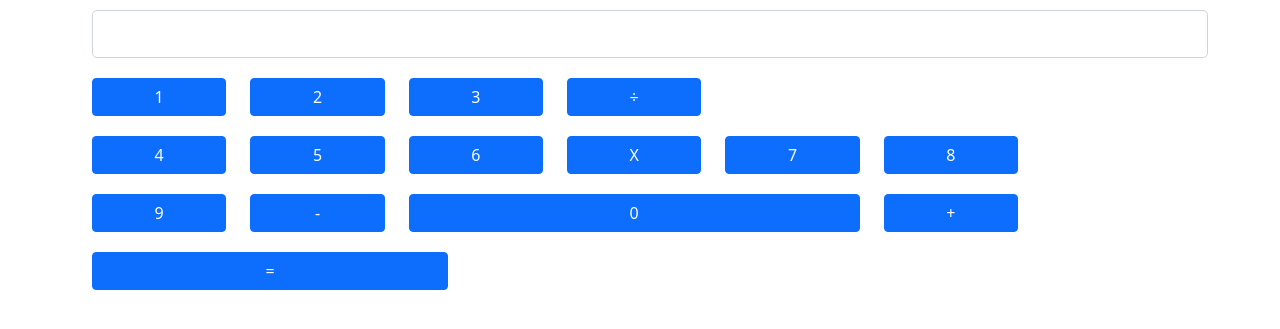
Repository: jsakdalan/CalculatorReactTypescript
Page: /
An editor plug-in stored every save of this project. The page is shown before and after the next save, followed by the edit.
The browser window is 1280 px wide. The pictures show the whole page.
The project was rebuilt for these pictures with package versions that can differ from the ones it lists, and the page was loaded fresh each time. Also part of the build but not shown: src/App.css.

Above is the page before, as saved 2022-06-07 16:21:33.

### src/App.tsx
import  Calculator from './pages/Calculator';
import './App.css';
import 'bootstrap/dist/css/bootstrap.min.css'

export default function App() {

  return(
    <Calculator/>
  )
}

### src/pages/Calculator.tsx
import React from 'react';
import Col from 'react-bootstrap/Col';
import Container from 'react-bootstrap/Container';
import Row from 'react-bootstrap/Row';
import Button from 'react-bootstrap/Button';
import InputGroup from 'react-bootstrap/InputGroup';
import FormControl from 'react-bootstrap/FormControl';
import './Calculator.css'

export default function TextEditor(){

    interface Screen{
        styling: string;
    }

    interface Buttons {
        styling: string;
        btnNumber: string;
    }

    const Screen = (props:Screen) => {
        return(
            <InputGroup size="lg" className={props.styling}>
                    <FormControl
      aria-label="Default"
      aria-describedby="inputGroup-sizing-default"
    />
            </InputGroup>
        )
    }

    const Buttons = (props:Buttons) => {
        return(
            <Button className={props.styling}>
                {props.btnNumber}
            </Button>
        )
    }

    return(
        <>
            <Container className="container">
                <Row>
                    <Col><Screen styling="screen"/></Col>
                </Row>
                <Row>
                    <Col md={10}>
                        <Row>
                            <Col md={2}><Buttons styling="numerical" btnNumber="1"/></Col>
                            <Col md={2}><Buttons styling="numerical" btnNumber="2"/></Col>
                            <Col md={2}><Buttons styling="numerical" btnNumber="3"/></Col>
                            <Col md={2}><Buttons styling="operational" btnNumber="&#247;"/></Col>
                        </Row>
                    </Col>
                    <Col md={10}>
                        <Row>
                            <Col md={2}><Buttons styling="numerical" btnNumber="4"/></Col>
                            <Col md={2}><Buttons styling="numerical" btnNumber="5"/></Col>
                            <Col md={2}><Buttons styling="numerical" btnNumber="6"/></Col>
                            <Col md={2}><Buttons styling="operational" btnNumber="X"/></Col>

                            <Col md={2}><Buttons styling="numerical" btnNumber="7"/></Col>
                            <Col md={2}><Buttons styling="numerical" btnNumber="8"/></Col>
                            <Col md={2}><Buttons styling="numerical" btnNumber="9"/></Col>
                            <Col md={2}><Buttons styling="operational" btnNumber="-"/></Col>

                            <Col md={6}><Buttons styling="numerical" btnNumber="0"/></Col>
                            <Col md={2}><Buttons styling="numerical" btnNumber="+"/></Col>
                        </Row>
                    </Col>
                    <Col md={4}><Buttons styling="numerical" btnNumber="="/></Col>
                </Row>
            </Container>
        </>
    )
}

### src/pages/Calculator.css
.container{
    width: 700px;
    display: flex;
    flex-direction: column;
}

.screen{
    width: 100%;
    margin: 10px;
}

.numerical{
    width: 100%;
    margin: 10px;
}

.operational{
    width: 100%;
    margin: 10px;
}

Loaded but not shown: public/index.html (common file); src/index.tsx (common file); src/index.css (common file); src/reportWebVitals.ts (common file)

After the next save:
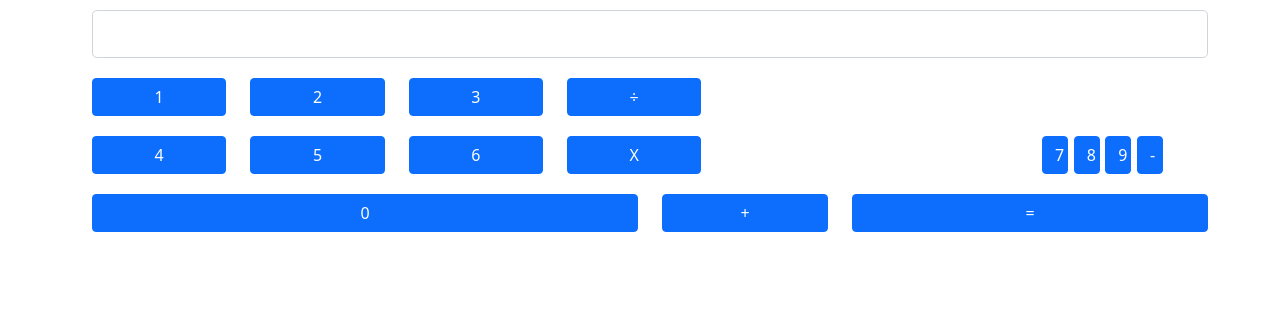
Saved 117 s later.
--- a/src/pages/Calculator.tsx
+++ b/src/pages/Calculator.tsx
@@ -58,16 +58,19 @@ export default function TextEditor(){
                             <Col md={2}><Buttons styling="numerical" btnNumber="5"/></Col>
                             <Col md={2}><Buttons styling="numerical" btnNumber="6"/></Col>
                             <Col md={2}><Buttons styling="operational" btnNumber="X"/></Col>
-
+                        </Row>
+                    </Col>
+                    <Col>
+                        <Row>
                             <Col md={2}><Buttons styling="numerical" btnNumber="7"/></Col>
                             <Col md={2}><Buttons styling="numerical" btnNumber="8"/></Col>
                             <Col md={2}><Buttons styling="numerical" btnNumber="9"/></Col>
                             <Col md={2}><Buttons styling="operational" btnNumber="-"/></Col>
+                        </Row>
+                    </Col>
 
                             <Col md={6}><Buttons styling="numerical" btnNumber="0"/></Col>
                             <Col md={2}><Buttons styling="numerical" btnNumber="+"/></Col>
-                        </Row>
-                    </Col>
                     <Col md={4}><Buttons styling="numerical" btnNumber="="/></Col>
                 </Row>
             </Container>
